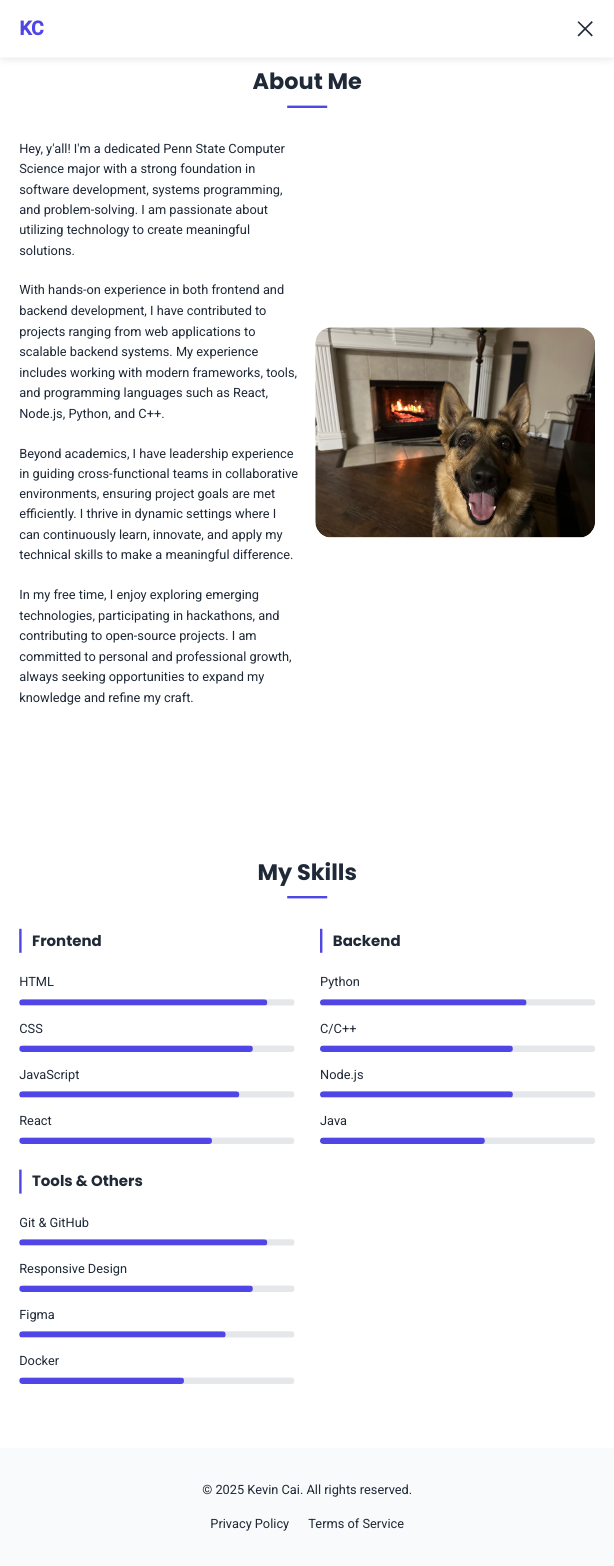
Repository: itskevbo/E-Portfolio
Page: pages/about.html
An editor plug-in stored every save of this project. The page is shown before and after the next save, followed by the edit.
The browser window is 768 px wide. The pictures show the whole page, at 80% of full size.
After loading, the first visible `#nav-toggle` was clicked once.

Above is the page before, as saved 2025-04-22 23:32:37.
Console error: ReferenceError: ScrollReveal is not defined

After the next save:
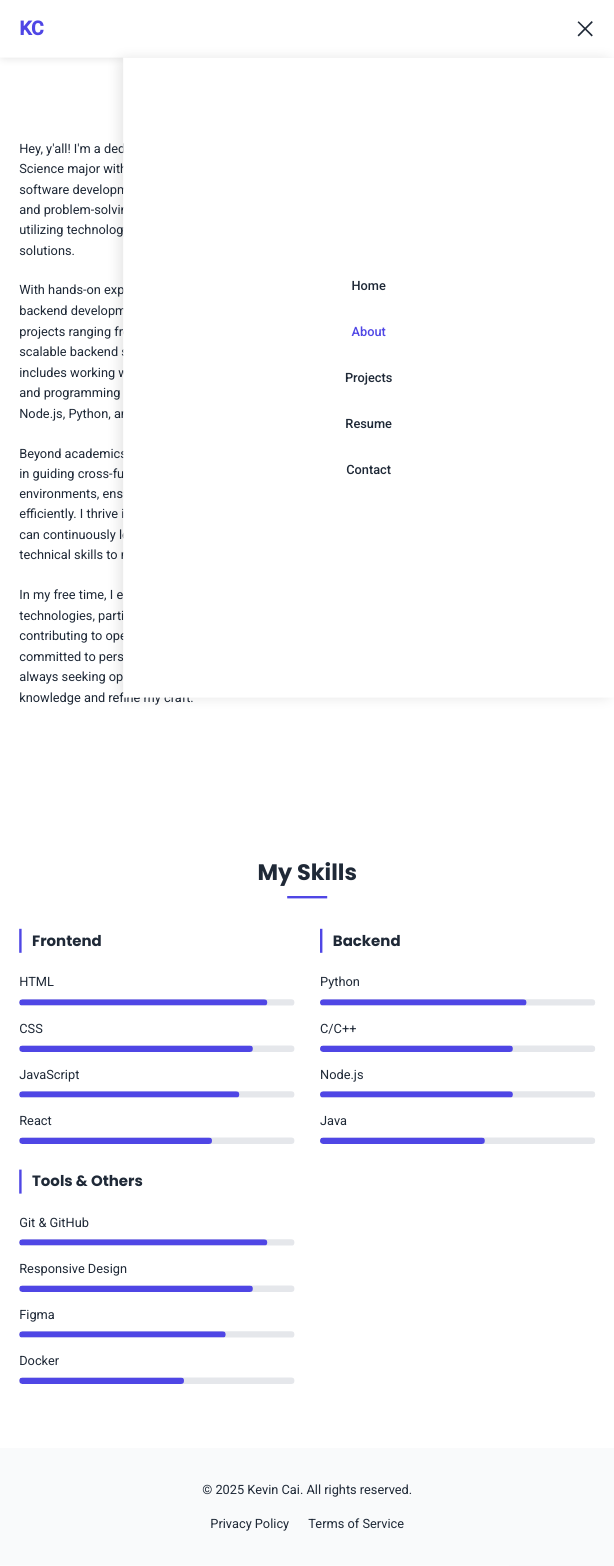
Saved 12 min 19 s later.
--- a/styles/main.css
+++ b/styles/main.css
@@ -585,7 +585,7 @@ button {
         transition: var(--transition);
     }
 
-    .header__nav-list.show-menu {
+    .header__nav.show-menu .header__nav-list {
         right: 0;
     }
 
